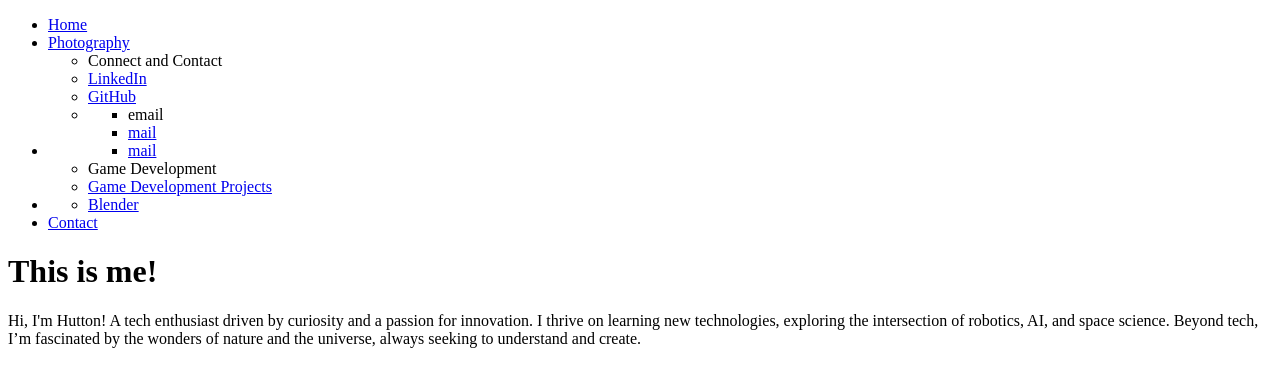
Repository: Argivist/ArgPortfolio
Page: index.html
An editor plug-in stored every save of this project. The page is shown before and after the next save, followed by the edit.
The browser window is 1280 px wide. The pictures show the whole page.

Above is the page before, as saved 2025-03-28 14:38:00.

### index.html
<!DOCTYPE html>
<html lang="en">

<head>
    <meta charset="UTF-8">
    <meta name="viewport" content="width=device-width, initial-scale=1.0">
    <link rel="stylesheet" href="styles.css">
    <link rel="stylesheet" href="nav.css">

    <title>Hutton Amison-Addy</title>
</head>

<body>
    <nav>
        <ul>
            <li><a href="index.html">Home</a></li>
            <li> <a href="https://www.instagram.com/theworldinoneseye/">Photography</a></li>
            <!-- contact -->
            <li>
                <ul class="dropdown">
                    <li class=""> Connect and Contact</li>
                    <li><a href="https://www.linkedin.com/in/hutton-amison-addy-7b1b3b1b1/">LinkedIn</a></li>
                    <li><a href="https://www.github.com/Argivist">GitHub</a></li>
                    <li>
                        <ul class="dropdownsecond">
                            <li >email</li>
                            <li><a href="mailto:hutton.amison@ashesi.edu.gh">mail</a></li>
                            <li><a href="mailto:huttonaaddy.public@gmail.com">mail</a></li>
                        </ul>
                    </li>
                </ul>

            </li>
            <li>
                <ul class="dropdown">
                    <li>Game Development</li>
                    <li><a href="game/index.html">Game Development Projects</a></li>
                    <li><a href="blender/index.html">Blender</a></li>
                </ul>
            </li>
            <li><a href="contact.html">Contact</a></li>
        </ul>
    </nav>
    <div>
        <h1> This is me!</h1>
        <p class="desc">
            Hi, I'm Hutton! A tech enthusiast driven by curiosity and a passion for innovation. I thrive on learning new technologies, exploring the intersection of robotics, AI, and space science. Beyond tech, I’m fascinated by the wonders of nature and the universe, always seeking to understand and create.
        </p>
    </div>

</body>

</html>

### css/nav.css
.dropdown{
    position: relative;
    display: inline-block;
}
.dropdown:hover .dropdown-content{
    display: block;
}
.dropdown-content{
    display: none;
    position: absolute;
    background-color: #f9f9f9;
    min-width: 160px;
    box-shadow: 0px 8px 16px 0px rgba(0,0,0,0.2);
    z-index: 1;
}

Loaded but not shown: css/styles.css (no stored copy; drawn as an empty file)

After the next save:
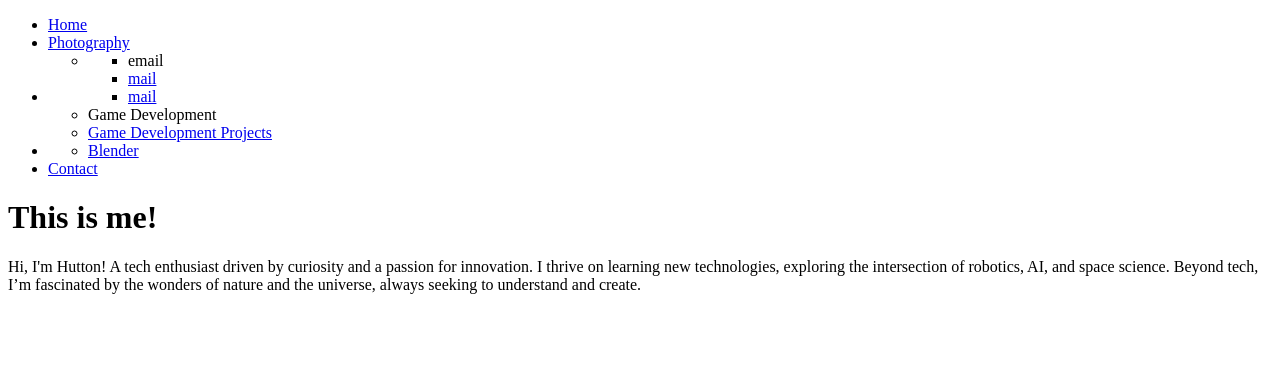
Saved 24 s later.
--- a/index.html
+++ b/index.html
@@ -18,9 +18,9 @@
             <!-- contact -->
             <li>
                 <ul class="dropdown">
-                    <li class=""> Connect and Contact</li>
-                    <li><a href="https://www.linkedin.com/in/hutton-amison-addy-7b1b3b1b1/">LinkedIn</a></li>
-                    <li><a href="https://www.github.com/Argivist">GitHub</a></li>
+                    <li class="dropdown-content"> Connect and Contact</li>
+                    <li class="dropdown-content"><a href="https://www.linkedin.com/in/hutton-amison-addy-7b1b3b1b1/">LinkedIn</a></li>
+                    <li class="dropdown-content"><a href="https://www.github.com/Argivist">GitHub</a></li>
                     <li>
                         <ul class="dropdownsecond">
                             <li >email</li>
